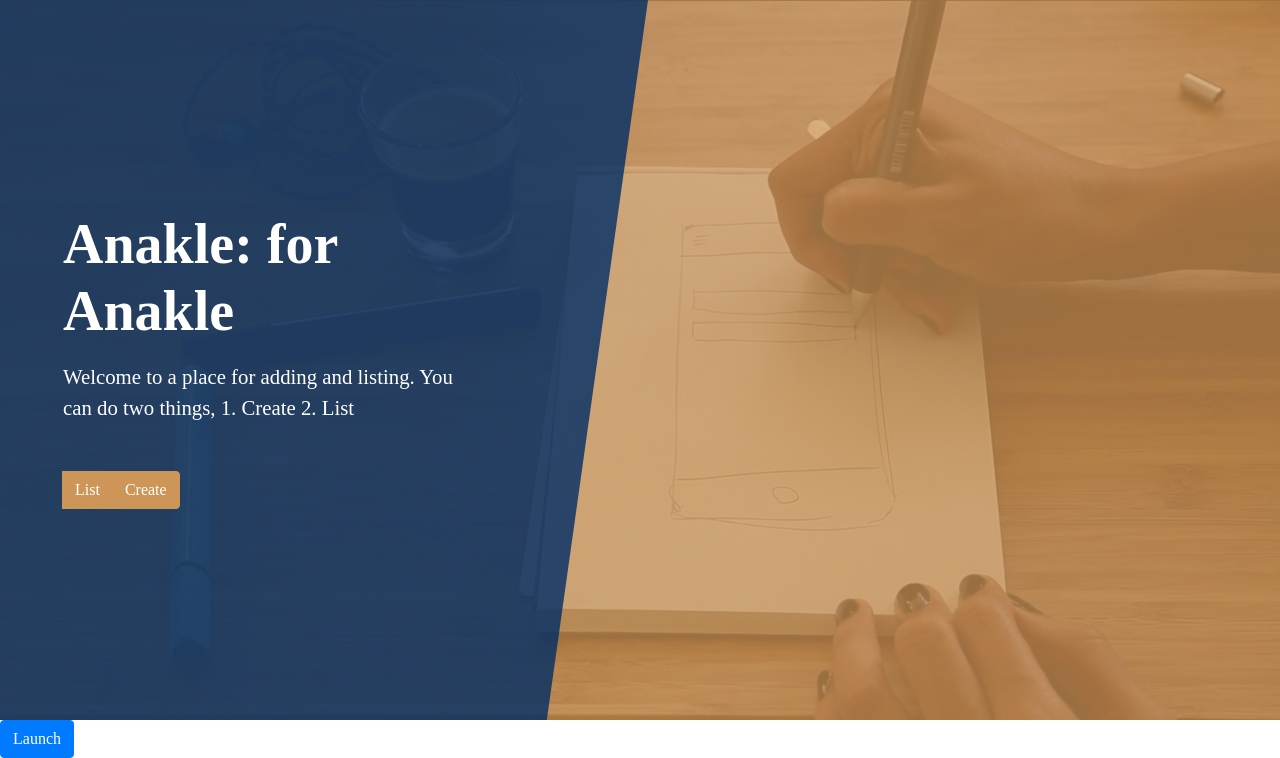
Repository: Guruscode/mega-list
Page: http://localhost/
The author's editor kept a copy of each file at every save. The page is drawn from the files as they stood at one save, then again after the next save.
The browser window is 1280 px wide. The pictures show the whole page.
Some web fonts or font styles are not loaded; a fallback is used. The page is run by PHP 8.4 with error messages shown; the project is at /var/www/html/.

Above is the page before, as saved 2018-02-22 18:12:19.
Console error: TypeError: Cannot read properties of undefined (reading 'fn')

After the next save:
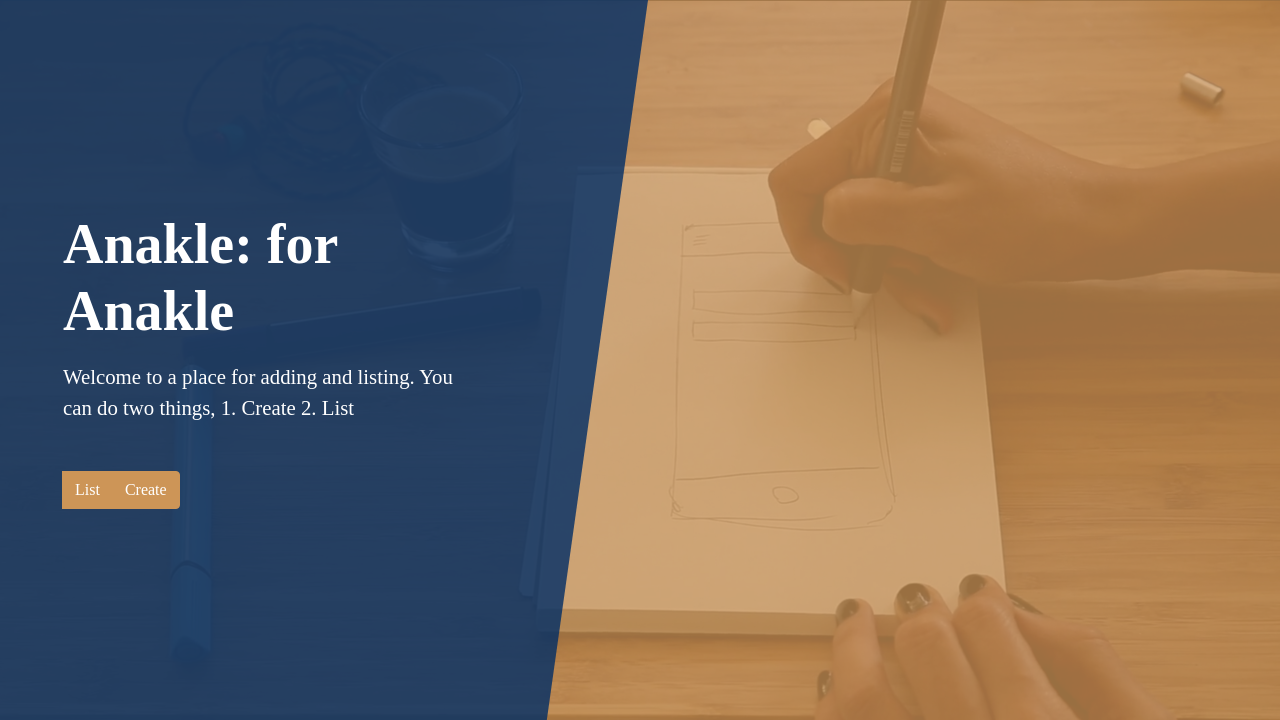
Saved 8 s later.
--- a/index.php
+++ b/index.php
@@ -50,7 +50,7 @@
 
 
 <!-- Button trigger modal -->
-<button type="button" class="btn btn-primary" id="login_modal" data-toggle="modal" data-target="#exampleModalCenter">
+<button type="button" class="btn btn-primary" id="login_modal" data-toggle="modal" data-target="#exampleModalCenter" style="display:none;">
   Launch
 </button>
 
